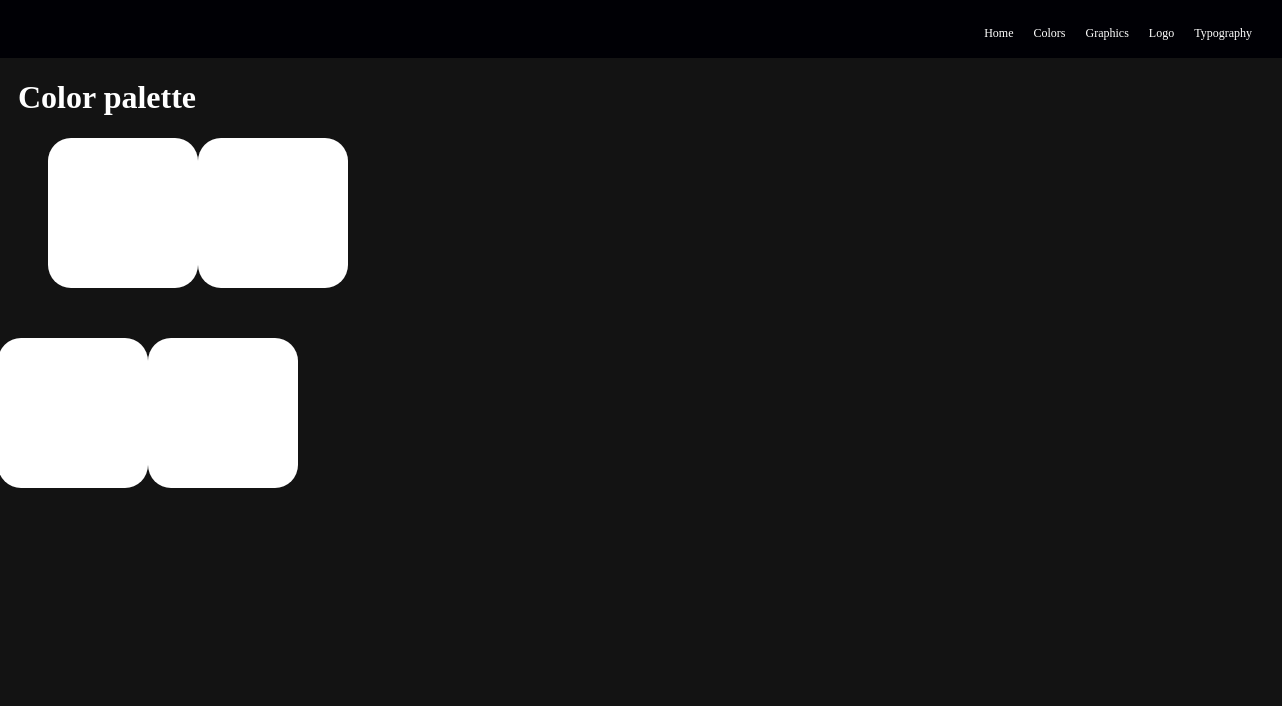
Repository: KyannaKrueger/a5styleguide
Page: /colors
The author's editor kept a copy of each file at every save. The page is drawn from the files as they stood at one save, then again after the next save.
The browser window is 1280 px wide. The page is 1282 px wide, so the pictures cover 1282 px, including what lies to the right of the window. The pictures show the whole page.
The project was rebuilt for these pictures with package versions that can differ from the ones it lists, and the page was loaded fresh each time. The framework's server and built-in components were replaced by stand-ins that run in the browser. Also part of the build but not shown: next.config.mjs.

Above is the page before, as saved 2024-04-05 14:08:21.

After the next save:
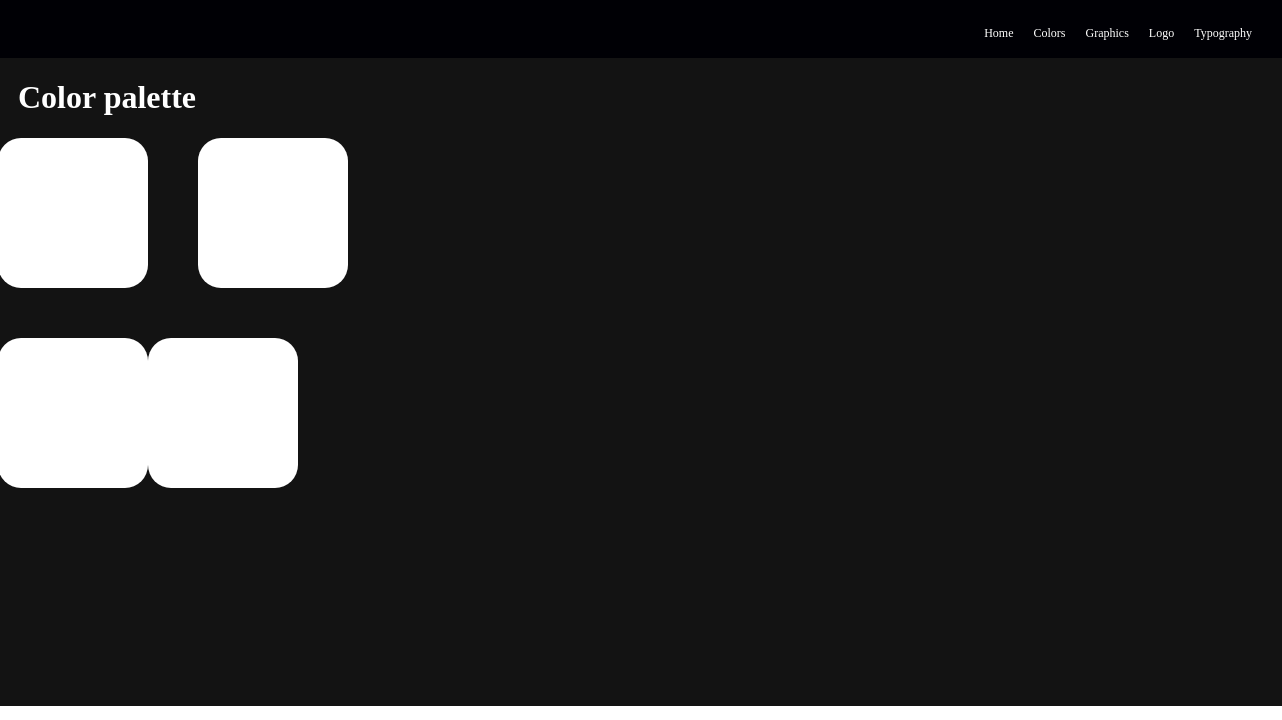
Saved 10 s later.
--- a/styles/colors.module.css
+++ b/styles/colors.module.css
@@ -28,7 +28,7 @@
     width: 150px;
     height: 150px;
     border-radius: 23px;
-    margin-left: 50px;
+    margin-right: 50px;
   }
   .sqTwo {
     background-color: #fff;
